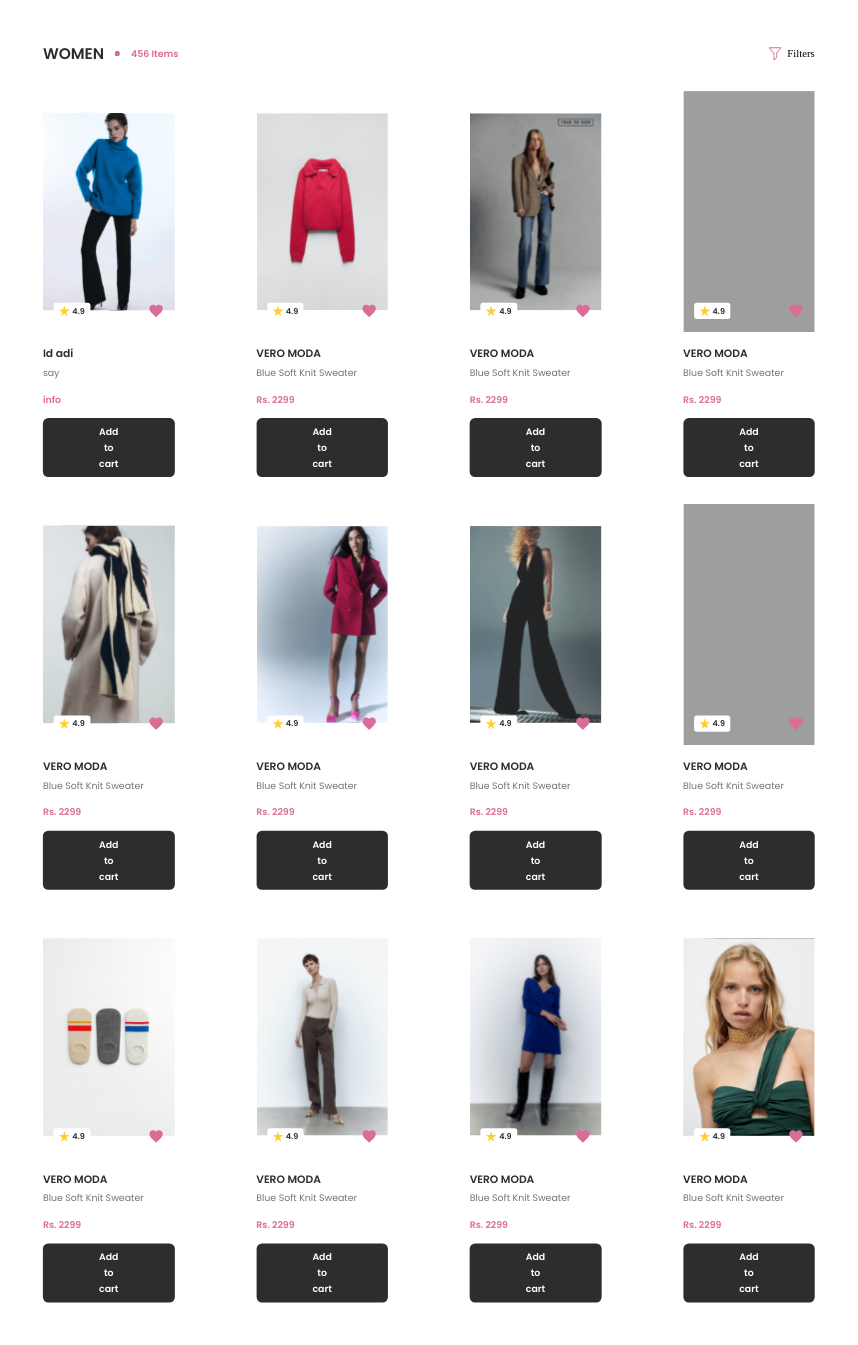
Repository: NatiqSamiyev/E-commerce-vebsite
Page: pages/shopPage/index.html
An editor plug-in stored every save of this project. The page is shown before and after a run of saves, followed by the edit.
The browser window is 1280 px wide. The pictures show the whole page, at 67% of full size.
Pictures or frames that could not be fetched are drawn as grey boxes. Some web fonts or font styles are not loaded; a fallback is used. The style sheet was rebuilt from its Sass, Less or Tailwind sources for each picture, by a compiler version that may differ from the author's.

Above is the page before, as saved 2023-12-09 11:33:59.

### pages/shopPage/index.html
<!DOCTYPE html>
<html lang="en">
  <head>
    <meta charset="UTF-8" />
    <meta name="viewport" content="width=device-width, initial-scale=1.0" />
    <title>Document</title>
    <link rel="stylesheet" href="../../assets/css/reset.css" />
    <link rel="stylesheet" href="./index.css" />
  </head>
  <body>
    <div class="shop-container">
      <div class="title-container">
        <div class="div-1">
          <h1>WOMEN</h1>
          <img src="../../assets/image/Ellipse 1.svg" alt="" />
          <p>456 Items</p>
        </div>

        <div class="div-2">
          <img src="../../assets/image/cil_filter.svg" alt="" />
          <p>Filters</p>
        </div>
      </div>

      <div class="image-box">
        <div class="box-container">
          <div class="image-container">
            <img class="image-1" src="../../assets/image/image 13.svg" alt="" />
            <div class="div-3">
              <div class="icon">
                <img
                  class="image-2"
                  src="../../assets/image/icon emojione-star.svg"
                  alt=""
                />
                <p>4.9</p>
              </div>

              <img
                class="image-3"
                src="../../assets/image/mdi_cards-heart.svg"
                alt=""
              />
            </div>
          </div>

          <h2><span>Id</span> adi </h2>
          <h3>say</h3>
          <h4>info</h4>

          <button>
            <a href="#">Add to cart</a>
          </button>
        </div>

        <div class="box-container">
          <div class="image-container">
            <img
              class="image-1"
              src="../../assets/image/image 13 (1).svg"
              alt=""
            />
            <div class="div-3">
              <div class="icon">
                <img
                  class="image-2"
                  src="../../assets/image/icon emojione-star.svg"
                  alt=""
                />
                <p>4.9</p>
              </div>

              <img
                class="image-3"
                src="../../assets/image/mdi_cards-heart.svg"
                alt=""
              />
            </div>
          </div>

          <h2>VERO MODA</h2>
          <h3>Blue Soft Knit Sweater</h3>
          <h4>Rs. 2299</h4>

          <button>
            <a href="#">Add to cart</a>
          </button>
        </div>

        <div class="box-container">
          <div class="image-container">
            <img
              class="image-1"
              src="../../assets/image/image 13 (2).svg"
              alt=""
            />
            <div class="div-3">
              <div class="icon">
                <img
                  class="image-2"
                  src="../../assets/image/icon emojione-star.svg"
                  alt=""
                />
                <p>4.9</p>
              </div>

              <img
                class="image-3"
                src="../../assets/image/mdi_cards-heart.svg"
                alt=""
              />
            </div>
          </div>

          <h2>VERO MODA</h2>
          <h3>Blue Soft Knit Sweater</h3>
          <h4>Rs. 2299</h4>

          <button>
            <a href="#">Add to cart</a>
          </button>
        </div>

        <div class="box-container">
          <div class="image-container">
            <img
              class="image-1"
              src="../../assets/image/image 13 (3).svg"
              alt=""
            />
            <div class="div-3">
              <div class="icon">
                <img
                  class="image-2"
                  src="../../assets/image/icon emojione-star.svg"
                  alt=""
                />
                <p>4.9</p>
              </div>

              <img
                class="image-3"
                src="../../assets/image/mdi_cards-heart.svg"
                alt=""
              />
            </div>
          </div>

          <h2>VERO MODA</h2>
          <h3>Blue Soft Knit Sweater</h3>
          <h4>Rs. 2299</h4>

          <button>
            <a href="#">Add to cart</a>
          </button>
        </div>

        <div class="box-container">
          <div class="image-container">
            <img
              class="image-1"
              src="../../assets/image/image 13 (4).svg"
              alt=""
            />
            <div class="div-3">
              <div class="icon">
                <img
                  class="image-2"
                  src="../../assets/image/icon emojione-star.svg"
                  alt=""
                />
                <p>4.9</p>
              </div>

              <img
                class="image-3"
                src="../../assets/image/mdi_cards-heart.svg"
                alt=""
              />
            </div>
          </div>

          <h2>VERO MODA</h2>
          <h3>Blue Soft Knit Sweater</h3>
          <h4>Rs. 2299</h4>

          <button>
            <a href="#">Add to cart</a>
          </button>
        </div>

        <div class="box-container">
          <div class="image-container">
            <img
              class="image-1"
              src="../../assets/image/image 13 (5).svg"
              alt=""
            />
            <div class="div-3">
              <div class="icon">
                <img
                  class="image-2"
                  src="../../assets/image/icon emojione-star.svg"
                  alt=""
                />
                <p>4.9</p>
              </div>

              <img
                class="image-3"
                src="../../assets/image/mdi_cards-heart.svg"
                alt=""
              />
            </div>
          </div>

          <h2>VERO MODA</h2>
          <h3>Blue Soft Knit Sweater</h3>
          <h4>Rs. 2299</h4>

          <button>
            <a href="#">Add to cart</a>
          </button>
        </div>

        <div class="box-container">
          <div class="image-container">
            <img
              class="image-1"
              src="../../assets/image/image 13 (6).svg"
              alt=""
            />
            <div class="div-3">
              <div class="icon">
                <img
                  class="image-2"
                  src="../../assets/image/icon emojione-star.svg"
                  alt=""
                />
                <p>4.9</p>
              </div>

              <img
                class="image-3"
                src="../../assets/image/mdi_cards-heart.svg"
                alt=""
              />
            </div>
          </div>

          <h2>VERO MODA</h2>
          <h3>Blue Soft Knit Sweater</h3>
          <h4>Rs. 2299</h4>

          <button>
            <a href="#">Add to cart</a>
          </button>
        </div>

        <div class="box-container">
          <div class="image-container">
            <img
              class="image-1"
              src="../../assets/image/image 13 (7).svg"
              alt=""
            />
            <div class="div-3">
              <div class="icon">
                <img
                  class="image-2"
                  src="../../assets/image/icon emojione-star.svg"
                  alt=""
                />
                <p>4.9</p>
              </div>

              <img
                class="image-3"
                src="../../assets/image/mdi_cards-heart.svg"
                alt=""
              />
            </div>
          </div>

          <h2>VERO MODA</h2>
          <h3>Blue Soft Knit Sweater</h3>
          <h4>Rs. 2299</h4>

          <button>
            <a href="#">Add to cart</a>
          </button>
        </div>

        <div class="box-container">
          <div class="image-container">
            <img
              class="image-1"
              src="../../assets/image/image 13 (8).svg"
              alt=""
            />
            <div class="div-3">
              <div class="icon">
                <img
                  class="image-2"
                  src="../../assets/image/icon emojione-star.svg"
                  alt=""
                />
                <p>4.9</p>
              </div>

              <img
                class="image-3"
                src="../../assets/image/mdi_cards-heart.svg"
                alt=""
              />
            </div>
          </div>

          <h2>VERO MODA</h2>
          <h3>Blue Soft Knit Sweater</h3>
          <h4>Rs. 2299</h4>

          <button>
            <a href="#">Add to cart</a>
          </button>
        </div>

        <div class="box-container">
          <div class="image-container">
            <img
              class="image-1"
              src="../../assets/image/image 13 (9).svg"
              alt=""
            />
            <div class="div-3">
              <div class="icon">
                <img
                  class="image-2"
                  src="../../assets/image/icon emojione-star.svg"
                  alt=""
                />
                <p>4.9</p>
              </div>

              <img
                class="image-3"
                src="../../assets/image/mdi_cards-heart.svg"
                alt=""
              />
            </div>
          </div>

          <h2>VERO MODA</h2>
          <h3>Blue Soft Knit Sweater</h3>
          <h4>Rs. 2299</h4>

          <button>
            <a href="#">Add to cart</a>
          </button>
        </div>

        <div class="box-container">
          <div class="image-container">
            <img
              class="image-1"
              src="../../assets/image/image 13 (10).svg"
              alt=""
            />
            <div class="div-3">
              <div class="icon">
                <img
                  class="image-2"
                  src="../../assets/image/icon emojione-star.svg"
                  alt=""
                />
                <p>4.9</p>
              </div>

              <img
                class="image-3"
                src="../../assets/image/mdi_cards-heart.svg"
                alt=""
              />
            </div>
          </div>

          <h2>VERO MODA</h2>
          <h3>Blue Soft Knit Sweater</h3>
          <h4>Rs. 2299</h4>

          <button>
            <a href="#">Add to cart</a>
          </button>
        </div>

        <div class="box-container">
          <div class="image-container">
            <img
              class="image-1"
              src="../../assets/image/image 13 (11).svg"
              alt=""
            />
            <div class="div-3">
              <div class="icon">
                <img
                  class="image-2"
                  src="../../assets/image/icon emojione-star.svg"
                  alt=""
                />
                <p>4.9</p>
              </div>

              <img
                class="image-3"
                src="../../assets/image/mdi_cards-heart.svg"
                alt=""
              />
            </div>
          </div>

          <h2>VERO MODA</h2>
          <h3>Blue Soft Knit Sweater</h3>
          <h4>Rs. 2299</h4>

          <button>
            <a href="#">Add to cart</a>
          </button>
        </div>
      </div>
    </div>
  </body>
  <script src="./index.js"></script>
</html>

### assets/css/reset.css
*{
    margin: 0;
    padding: 0;
    box-sizing: border-box;
}
li{
    list-style-type: none;
}
a{
    text-decoration: none;

}
button{
    border: none;
    background: none;
}

### pages/shopPage/index.js
let mainBox = document.querySelector('.image-box')




function getData(){
    let data = JSON.parse( localStorage.getItem('products'))
 console.log(data);
}
getData()

### pages/shopPage/index.scss
@import url("https://fonts.googleapis.com/css2?family=Epilogue:wght@400;600;700;800;900&family=Inter:wght@400;500;600;700&family=Laila:wght@700&family=Open+Sans:wght@400;600;700;800&family=Poppins:wght@400;500;600;700;800;900&family=Roboto+Slab:wght@700&family=Roboto:wght@400;700;900&display=swap");

.shop-container {
  width: 100%;
  min-height: 100vh;
  padding: 64px;
  .title-container {
    width: 100%;
    display: flex;
    justify-content: space-between;
    .div-1 {
      display: flex;
      justify-content: space-between;
      align-items: center;
      gap: 16px;
      h1 {
        color: var(--text-color-primary, #2d2d2d);
        text-align: center;
        font-family: Poppins;
        font-size: 23px;
        font-style: normal;
        font-weight: 600;
        line-height: 32px;
      }
      img {
        width: 8px;
        height: 8px;
      }
      P {
        color: var(--text-color-accent, #db6b97);
        font-family: Poppins;
        font-size: 14px;
        font-style: normal;
        font-weight: 600;
        line-height: 24px;
      }
    }
    .div-2 {
      display: flex;
      justify-content: space-between;
      align-items: center;
      gap: 8px;
    }
  }
  .image-box {
    width: 100%;
    margin-top: 40px;
    display: grid;
    /* // column-gap: 40px; */
    grid-template-columns: 1fr 1fr 1fr 1fr;
    /* // grid-template-rows: auto auto auto ; */
    column-gap: 122px;
    row-gap: 40px;

    .box-container {
      /* width: 240px; */
      .image-container {
        /* width: 240px; */
        position: relative;
        /* border: 2px solid green; */
        .image-1 {
          width: 100%;
          height: 360px;
        }
        .div-3 {
          width: 100%;
          padding: 0 16px;
          display: flex;
          justify-content: space-between;
          align-items: center;
          position: absolute;
          bottom: 24px;
          .icon {
            padding: 4px 8px;
            display: flex;
            justify-content: space-between;
            align-items: center;
            border-radius: 4px;
            background: var(--text-color-secondary, #fff);
            .image-2 {
              width: 16px;
              height: 16px;
            }
            p {
              margin-left: 4px;
              color: var(--text-color-primary, #2d2d2d);
              font-family: Poppins;
              font-size: 12px;
              font-style: normal;
              font-weight: 600;
              line-height: 16px;
            }
          }
        }
      }
      h2 {
        margin-top: 16px;
        color: var(--text-color-primary, #2d2d2d);
        font-family: Poppins;
        font-size: 16px;
        font-style: normal;
        font-weight: 600;
        line-height: 24px;
      }
      h3 {
        margin-top: 4px;
        color: var(--text-color-tertiary, #737373);
        font-family: Poppins;
        font-size: 14px;
        font-style: normal;
        font-weight: 400;
        line-height: 24px;
      }
      h4 {
        margin-top: 16px;
        color: var(--text-color-accent, #db6b97);
        font-family: Poppins;
        font-size: 14px;
        font-style: normal;
        font-weight: 600;
        line-height: 24px;
      }
      button {
        margin-top: 16px;
        display: flex;
        padding: 8px 80px;
        justify-content: center;
        align-items: center;
        border-radius: 8px;
        background: var(--text-color-primary, #2d2d2d);
        cursor: pointer;
        a {
          color: var(--text-color-secondary, #fff);
          text-align: center;
          font-family: Poppins;
          font-size: 14px;
          font-style: normal;
          font-weight: 600;
          line-height: 24px;
        }
      }
    }
  }
}

After the next 3 saves:
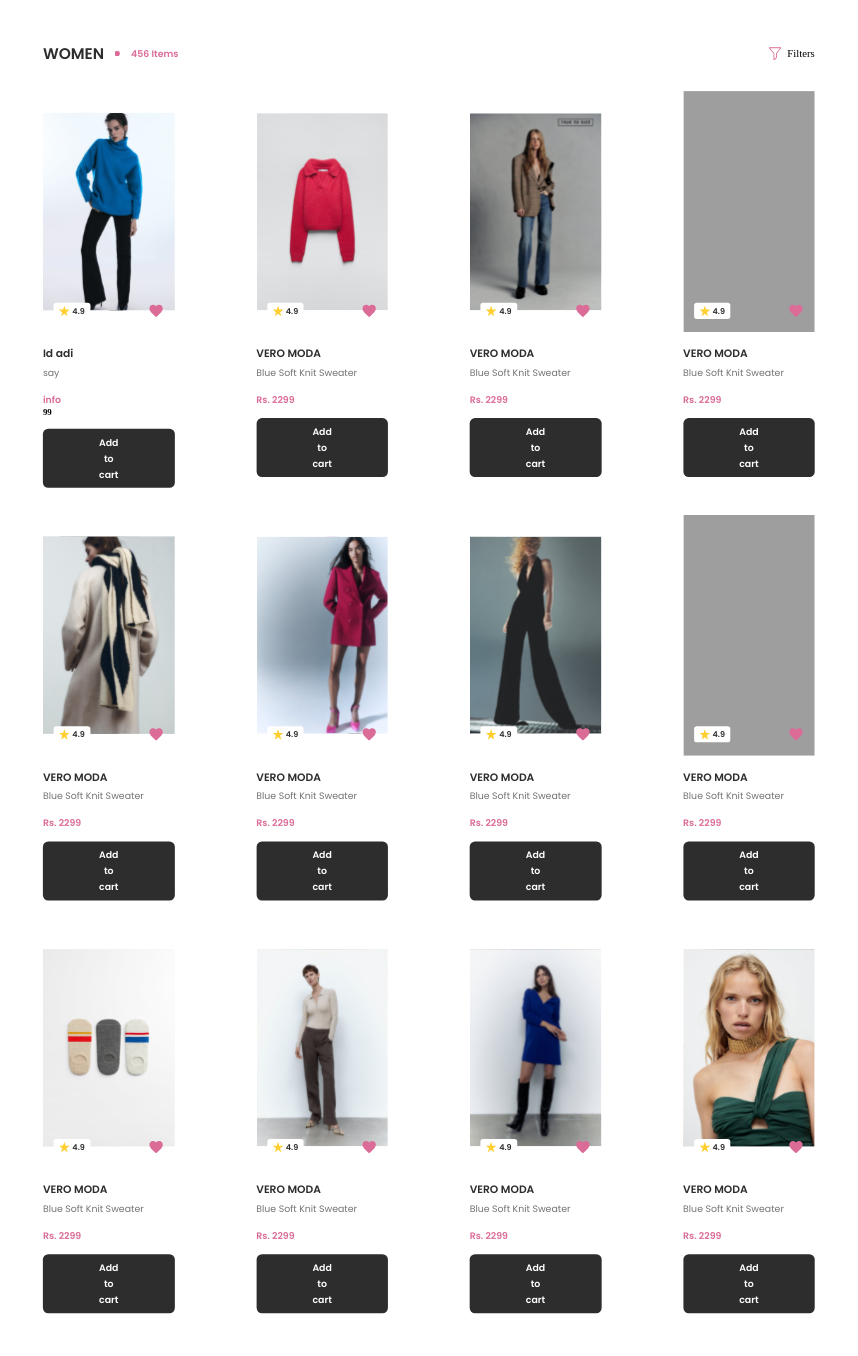
The 3 saves are shown as one change because they came seconds apart.
The last was saved 10 s later.
--- a/pages/shopPage/index.html
+++ b/pages/shopPage/index.html
@@ -47,7 +47,7 @@
           <h2><span>Id</span> adi </h2>
           <h3>say</h3>
           <h4>info</h4>
-
+<h5><span>99</span></h5>
           <button>
             <a href="#">Add to cart</a>
           </button>
